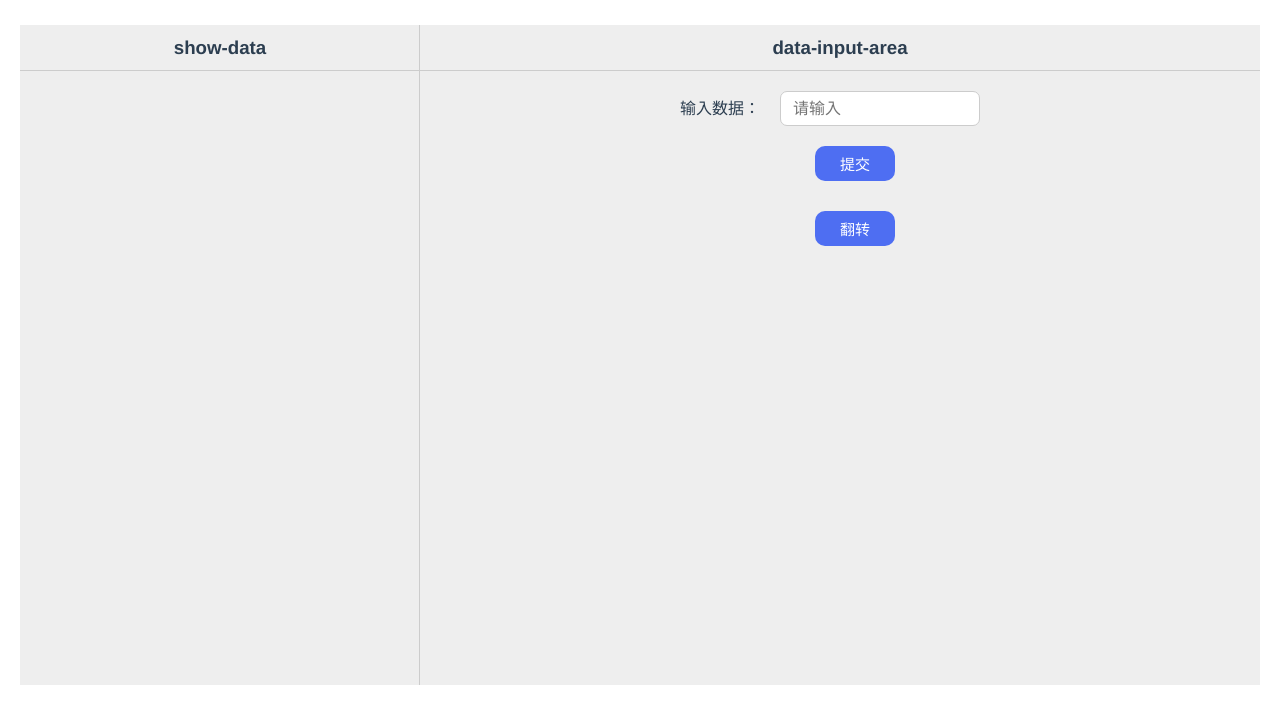
Repository: z-xy-git/demofirst
Page: /home/reverseShowData
The author's editor kept a copy of each file at every save. The page is drawn from the files as they stood at one save, then again after the next save.
The browser window is 1280 px wide. The pictures show the whole page.
The project was rebuilt for these pictures with package versions that can differ from the ones it lists, and the page was loaded fresh each time.

Above is the page before, as saved 2021-03-01 15:48:30.

After the next save:
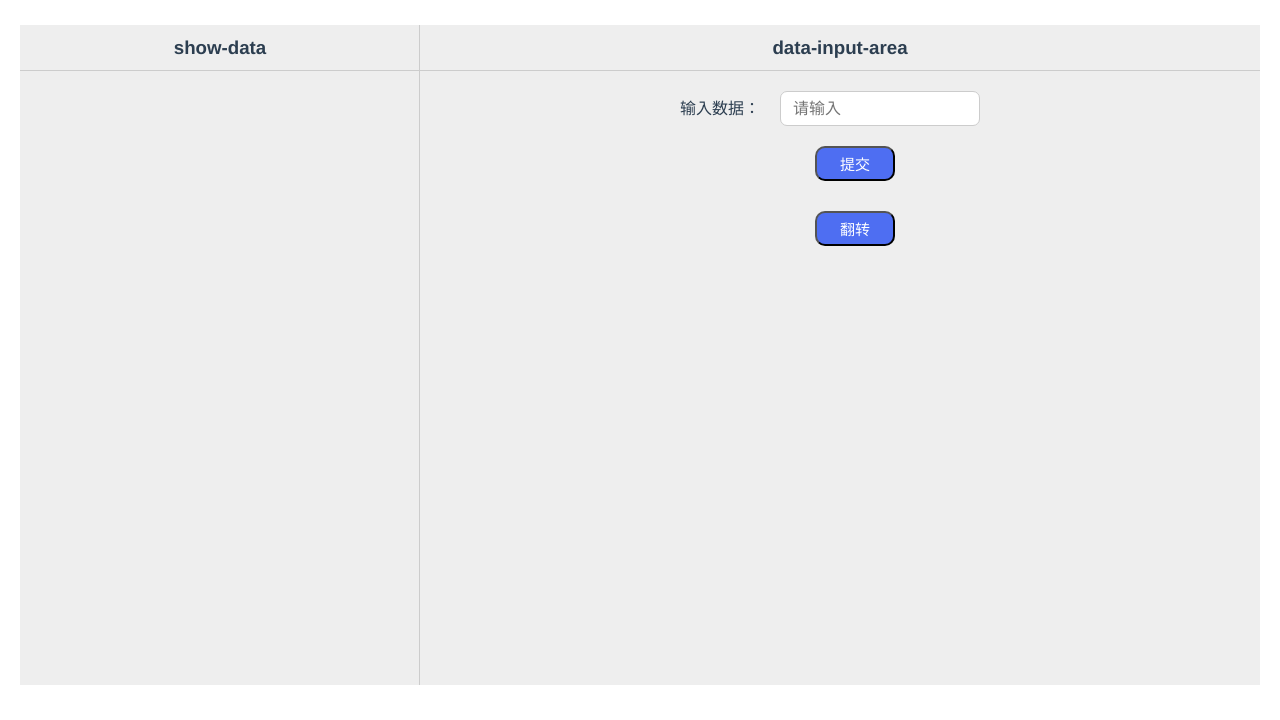
Saved 6 min 42 s later.
--- a/src/views/Home.vue
+++ b/src/views/Home.vue
@@ -108,13 +108,15 @@
   .btn-style{
     margin: 0 0 30px 30px;
     outline: none;
-    border: none;
+    width: 80px;
+    height: 35px;
+    border-radius: 10px;
     cursor: pointer;
     background-color: #4e6ef2;
     font-size: 15px;
     color: #fff;
   }
-  .right-input .btn-style{
+  /* .right-input .btn-style{
     width: 80px;
     height: 35px;
     border-radius: 10px;
@@ -123,5 +125,5 @@
     width: 80px;
     height: 35px;
     border-radius: 10px;
-  }
+  } */
 </style>

After the save that followed:
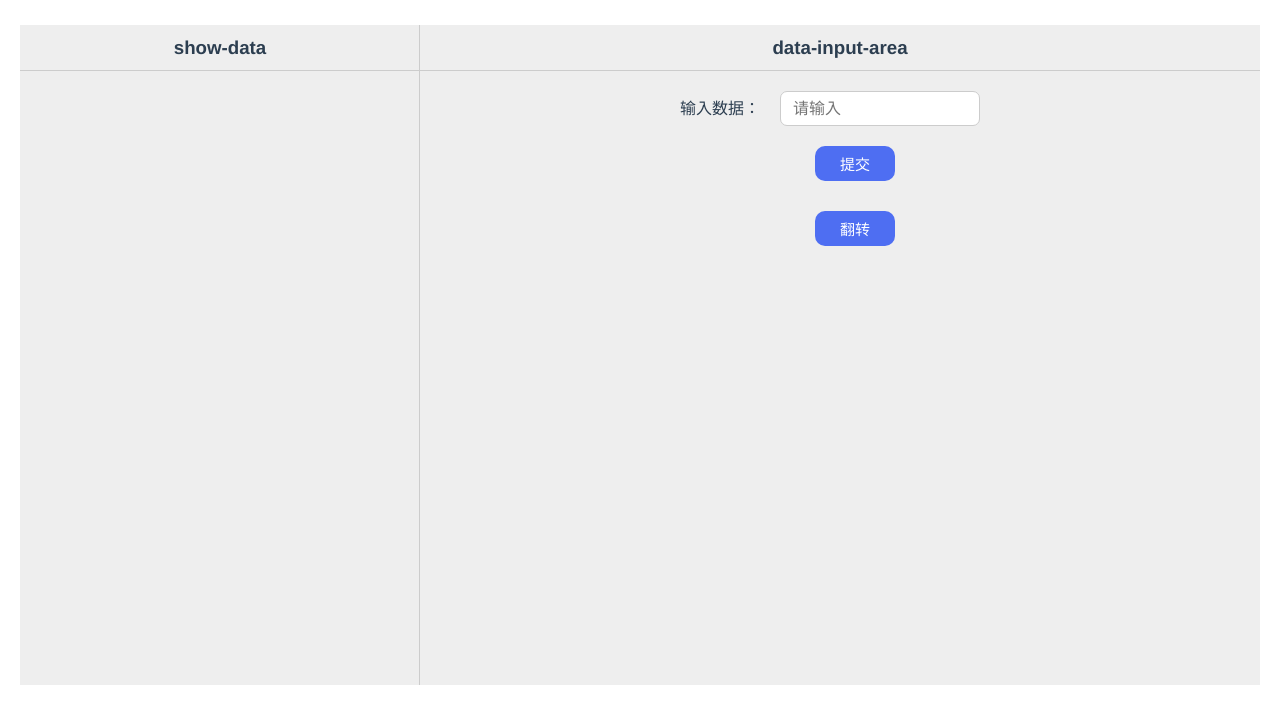
Saved 25 s later.
--- a/src/views/Home.vue
+++ b/src/views/Home.vue
@@ -108,6 +108,7 @@
   .btn-style{
     margin: 0 0 30px 30px;
     outline: none;
+    border: none;
     width: 80px;
     height: 35px;
     border-radius: 10px;
